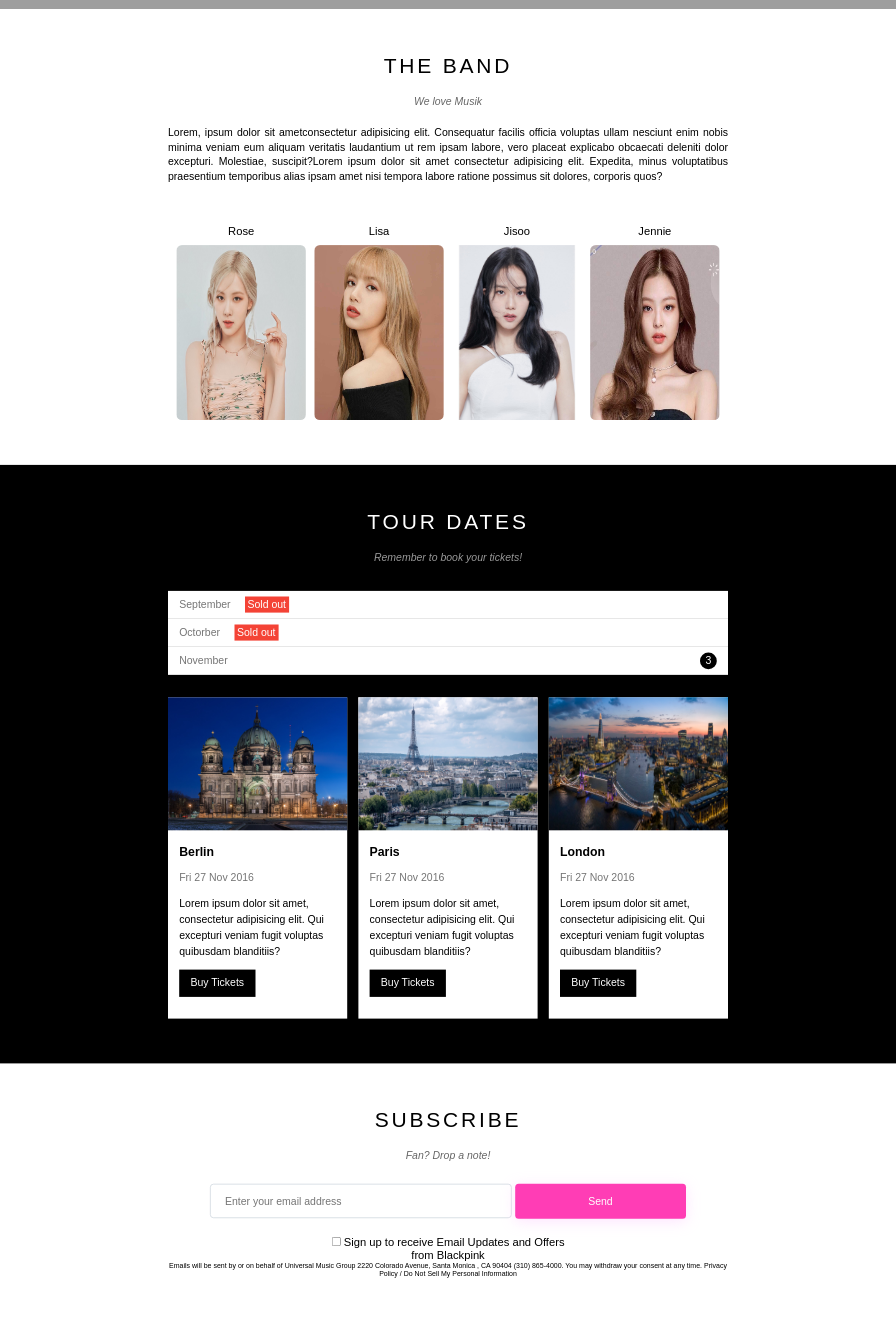
Repository: AiTrinh303/First-Project
Page: /
An editor plug-in stored every save of this project. The page is shown before and after the next save, followed by the edit.
The browser window is 1280 px wide. The pictures show the part of the page from y = 673 to 2593 px (the page is 2561 px tall before and 2593 px after), at 70% of full size.
Pictures or frames that could not be fetched are drawn as grey boxes. The project was rebuilt for these pictures with package versions that can differ from the ones it lists, and the page was loaded fresh each time.

Above is the page before, as saved 2024-01-23 10:21:18.

### index.html
<!DOCTYPE html>
<html lang="en">
<head>
    <meta charset="UTF-8">
    <meta name="viewport" content="width=device-width, initial-scale=1.0">
    <title>Singer Website</title>
    <link rel="stylesheet" href="./fonts/themify-icons-font/themify-icons/themify-icons.css">
    <link rel="stylesheet" href="./src/styles/main.css">
</head>
<body>
   <div id="main">

        <div id="header">
            <ul id="nav">
                <li><a href="">Home</a></li>
                <li><a href="">Band</a></li>
                <li><a href="">Tour</a></li>
                <li><a href="">Contact</a></li>
                <li>
                    <a href="#">
                        More
                        <i class="nav-arrown-down ti-angle-down"></i>
                     </a>
                    <ul class="subnav">
                        <li><a href="">Merchandise</a></li>
                        <li><a href="">Extras</a></li>
                        <li><a href="">Media</a></li>
                    </ul>
                </li>
            </ul>

            <div class="search-btn">
                <i class="search-icon ti-search"></i>

            </div>
        </div>

        <div id="slider">

            <div class="text-content">
                <h2 class="text-heading">Black Pink</h2>
                <p class="text-description">Lorem ipsum dolor, sit amet consectetur adipisicing elit. Harum, nemo!</p>
            </div>

        </div>

        <div id="content">
            <!-- About Section -->
            <div class="content-section">
                <h2 class="section-heading">THE BAND</h2>
                <p class="section-sub-heading">We love Musik</p>
                <p class="about-text">Lorem, ipsum dolor sit ametconsectetur adipisicing elit. Consequatur facilis officia voluptas ullam nesciunt enim nobis minima veniam eum aliquam veritatis laudantium ut rem ipsam labore, vero placeat explicabo obcaecati deleniti dolor excepturi. Molestiae, suscipit?Lorem ipsum dolor sit amet consectetur adipisicing elit. Expedita, minus voluptatibus praesentium temporibus alias ipsam amet nisi tempora labore ratione possimus sit dolores, corporis quos?</p>

                <div class="members-list">
                    <div class="member-item">
                        <p class="member-name">Rose</p>
                        <img src="./src/img/rose.png " alt="Rose" class="member-img" >
                    </div>

                    <div class="member-item">
                        <p class="member-name">Lisa</p>
                        <img src="./src/img/Lisa2.jpg" alt="Lisa" class="member-img" >
                    </div>

                    <div class="member-item">
                        <p class="member-name">Jisoo</p>
                        <img src="./src/img/jisoo.jpeg" alt="Jisoo" class="member-img" >
                    </div>

                    <div class="member-item">
                        <p class="member-name">Jennie</p>
                        <img src="./src/img/Jennie.jpg" alt="Jennie" class="member-img" >
                    </div>
                </div>
            </div>

            <!-- Tour Section -->
            <div class="tour-section">

                <div class="content-section">
                    <h2 class="section-heading text-white">TOUR DATES</h2>
                    <p class="section-sub-heading text-white">Remember to book your tickets!</p>

                    <ul class="tickets-list">
                        <li>September <span class="sold-out">Sold out</span></li>
                        <li>Octorber <span class="sold-out">Sold out</span></li>
                        <li>November <span class="quantity">3</span></li>
                    </ul>

                    <div class="places-list">
                        <div class="place-item">
                            <img src="./src/img/Berlin.jpg" alt="Berlin" class="place-img" >
                            <div class="place-body">
                                <h3 class="place-heading">Berlin</h3>
                                <p class="place-time">Fri 27 Nov 2016</p>
                                <p class="place-desc">Lorem ipsum dolor sit amet, consectetur adipisicing elit. Qui excepturi veniam fugit voluptas quibusdam blanditiis?</p>
                                <a href="#" class="place-btn">Buy Tickets</a>
                            </div>
                        </div>

                        <div class="place-item">
                            <img src="./src/img/Paris.jpg" alt="Paris" class="place-img" >
                            <div class="place-body">
                                <h3 class="place-heading">Paris</h3>
                                <p class="place-time">Fri 27 Nov 2016</p>
                                <p class="place-desc">Lorem ipsum dolor sit amet, consectetur adipisicing elit. Qui excepturi veniam fugit voluptas quibusdam blanditiis?</p>
                                <a href="#" class="place-btn">Buy Tickets</a>
                            </div>
                        </div>

                        <div class="place-item">
                            <img src="./src/img/London.jpeg" alt="London" class="place-img">
                            <div class="place-body">
                                <h3 class="place-heading">London</h3>
                                <p class="place-time">Fri 27 Nov 2016</p>
                                <p class="place-desc">Lorem ipsum dolor sit amet, consectetur adipisicing elit. Qui excepturi veniam fugit voluptas quibusdam blanditiis?</p>
                                <a href="#" class="place-btn">Buy Tickets</a>
                            </div>
                        </div>
                    </div>
                </div>

            </div>

            <!-- Contact Section -->
            <!-- Contact -->
            <div id="contact">
                <div class="content-section">
                    <h2 class="section-heading">SUBSCRIBE</h2>
                    <p class="section-sub-heading">Fan? Drop a note!</p>
                    <div class="form-wrap">

                        <div class="form">
                            <input type="email" class="form__email" placeholder="Enter your email address" />
                            <button class="form__button">Send</button>
                        </div>
                        <div class="notice">
                            <input type="checkbox">
                            <span class="notice__copy">Sign up to receive Email Updates and Offers from Blackpink</span>
                        </div>
                        <p class="form-notice">Emails will be sent by or on behalf of Universal Music Group 2220 Colorado Avenue, Santa Monica , CA 90404 (310) 865-4000. You may withdraw your consent at any time. Privacy Policy / Do Not Sell My Personal Information</p>
                    </div>
                </div>
            </div>






        <div id="footer">

        </div>

   </div>
</body>
</html>

### src/styles/main.css
* {
  padding: 0;
  margin: 0;
  box-sizing: border-box;
}

html {
  scroll-behavior: smooth;
  font-family: Arial, Helvetica, sans-serif;
}

.text-white {
  color: white;
}

#header {
  height: 46px;
  background-color: #000;
  position: fixed;
  top: 0;
  left: 0;
  right: 0;
  z-index: 1;
}

#nav {
  display: inline-block;
}

#nav, .subnav {
  list-style: none;
}

#nav > li {
  display: inline-block;
}

#nav li {
  position: relative;
}

#nav > li > a {
  color: #fff;
  text-transform: uppercase;
}

#nav li a {
  color: #fff;
  text-decoration: none;
  line-height: 46px;
  padding: 0 24px;
  display: block;
}

#nav li:hover .subnav {
  display: block;
}

#nav > li:hover > a,
#nav .subnav li:hover a {
  color: #000;
  background-color: #ccc;
}

#nav .subnav {
  display: none;
  min-width: 160px;
  position: absolute;
  background-color: #fff;
  box-shadow: 0 0 10px rgba(0, 0, 0, 0.3);
  top: 100%;
  left: 0;
}

#nav .nav-arrown-down {
  font-size: 14px;
}

#nav .subnav a {
  color: #000;
  padding: 0 12px;
  line-height: 38px;
}

#header .search-btn {
  float: right;
  padding: 0 21px;
}

#header .search-btn:hover {
  background-color: #f44336;
  cursor: pointer;
}

#header .search-icon {
  color: #fff;
  font-size: 20px;
  line-height: 46px;
}

#slider {
  position: relative;
  margin-top: 46px;
  padding-top: 50%;
  background: url("../img/slider-1.jpg") center/100% no-repeat;
}

#slider .text-content {
  position: absolute;
  bottom: 47px;
  color: #fff;
  width: 100%;
  text-align: center;
}

#slider .text-heading {
  font-weight: 500;
  font-size: 24px;
}

#slider .text-decoration {
  font-size: 15px;
  margin-top: 25px;
}

#content .content-section {
  width: 800px;
  padding: 64px 0;
  margin-left: auto;
  margin-right: auto;
}

#content .section-heading {
  font-size: 30px;
  font-weight: 500;
  letter-spacing: 4px;
  text-align: center;
}

#content .section-sub-heading {
  font-size: 15px;
  margin-top: 25px;
  text-align: center;
  font-style: italic;
  opacity: 0.6;
}

#content .about-text {
  margin-top: 25px;
  font-size: 15px;
  text-align: justify;
  line-height: 1.4;
}

#content .member-item {
  display: flex;
  flex-direction: column;
  align-items: center;
}

#content .member-name {
  line-height: 2.5;
}

#content .members-list {
  margin-top: 48px;
  display: flex;
  justify-content: space-evenly;
}

#content .member-img {
  width: 185px;
  min-height: 250px;
  border-radius: 8px;
}

.tour-section {
  background: #000;
}

.tickets-list {
  background-color: #fff;
  margin-top: 40px;
}

.tickets-list li {
  font-size: 15px;
  color: #757575;
  padding: 11px 16px;
  border-bottom: 1px solid #ddd;
  list-style-type: none;
}

.tickets-list .sold-out {
  background-color: #f44336;
  color: #fff;
  padding: 3px 4px;
  margin-left: 16px;
}

.tickets-list .quantity {
  float: right;
  width: 24px;
  height: 24px;
  background-color: #000;
  color: #fff;
  border-radius: 50%;
  text-align: center;
  line-height: 24px;
  margin-top: -3px;
}

.places-list {
  display: flex;
  gap: 16px;
  justify-content: space-between;
  margin-top: 32px;
}

.places-list .place-item {
  background-color: #fff;
}

.places-list .place-img {
  width: 100%;
  height: 190px;
}

.places-list .place-img:hover {
  opacity: 0.6;
  cursor: pointer;
}

.places-list .place-body {
  padding: 15px 16px;
  min-height: 205px;
  font-size: 15px;
  line-height: 22.5px;
}

.place-body .place-heading {
  font-weight: 700;
}

.place-body .place-time {
  margin: 15px 0;
  color: #757575;
}

.place-body .place-btn {
  align-items: flex-start;
  background-color: #000;
  display: inline-block;
  font-size: 15px;
  line-height: 22.5px;
  margin: 15px 0px 16px 0px;
  padding: 8px 16px;
  text-align: center;
  color: #fff;
  text-decoration: none;
}

.place-body .place-btn:hover {
  color: #000;
  background-color: #ccc;
}


/* contact form */

.form-wrap{

  margin-top: 32px;
  text-align: center;
  display: flex;
  flex-direction: column;
  align-items: center;

}
.form {
margin-bottom: 25px;
}

.form__email {
padding: 15px 20px;
border-radius: 5px;
border: 1px solid #CAD3DB;
width: 431px;
font-size: 15px;
color: #0F121F;
}

.form__email:focus {
outline: 1px solid #ff3db5;
}

.form__button {
background: #ff3db5;
padding: 5px;
border: none;
width: 244px;
height: 50px;
border-radius: 5px;
font-size: 15px;
color: white;
box-shadow: 0 4px 20px rgba(254, 216, 255, 0.7);
}

.form__button:hover {
box-shadow: 0 10px 20px rgba(254, 216, 255, 0.7);
}

.notice {
width: 345px;
}

.form-notice{
  font-size: 10px;
  margin-top: ;
}

#footer{

}

Loaded but not shown: fonts/themify-icons-font/themify-icons/themify-icons.css (common file)

After the next save:
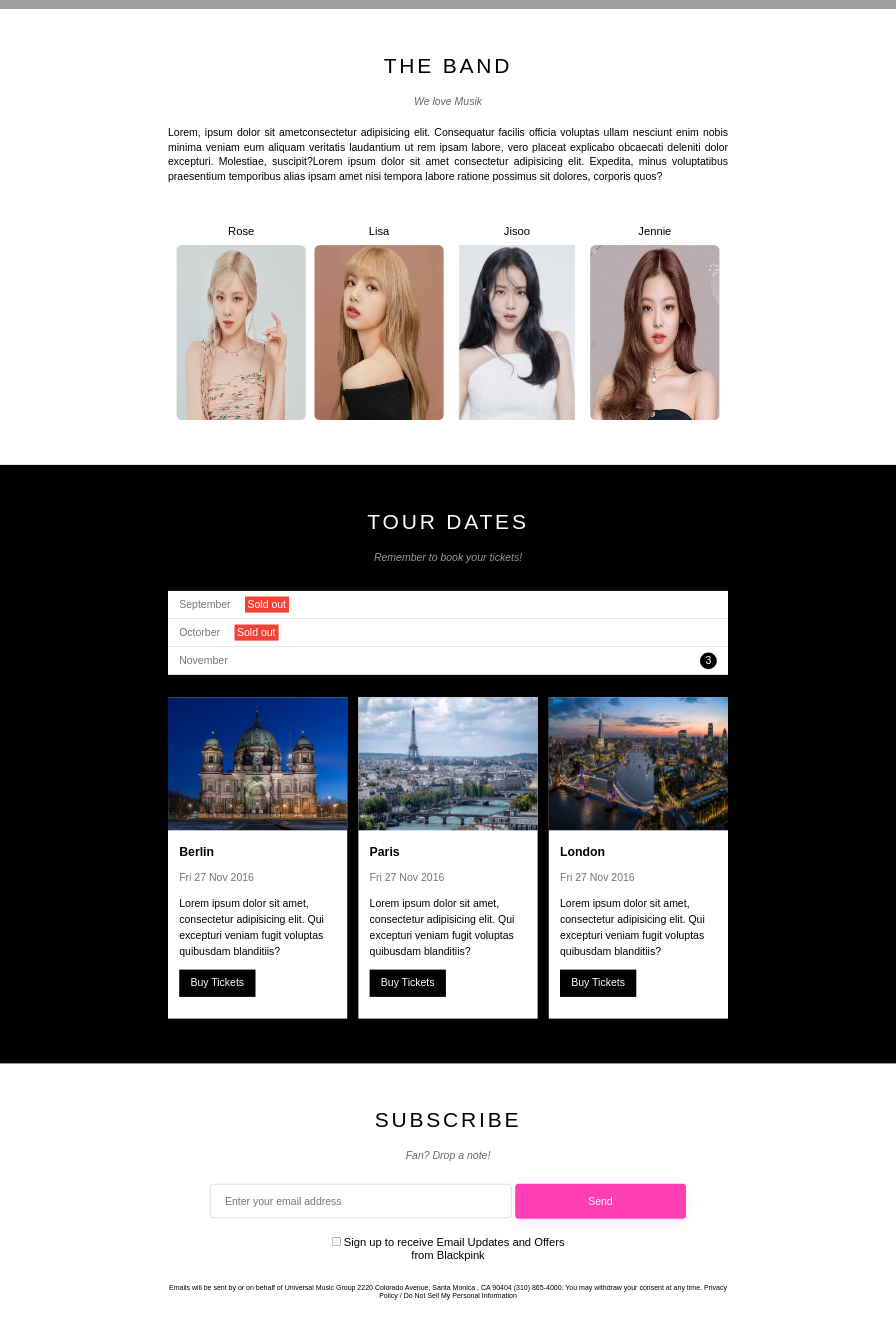
Saved 4 s later.
--- a/src/styles/main.css
+++ b/src/styles/main.css
@@ -316,7 +316,7 @@ width: 345px;
 
 .form-notice{
   font-size: 10px;
-  margin-top: ;
+  margin-top: 32px;
 }
 
 #footer{
